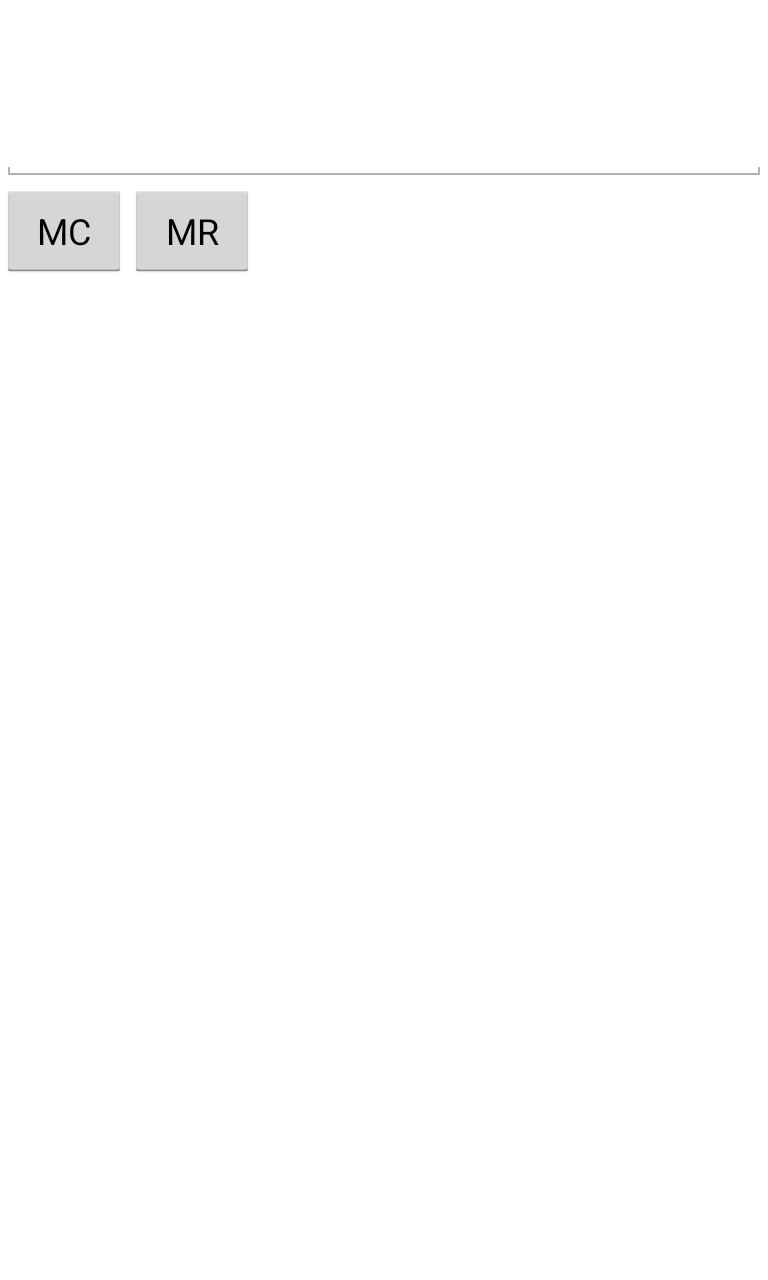
Repository: sonyi/androidClass
Layout: androidClass/day02/Calculate/res/layout/activity_main.xml
An editor plug-in stored every save of this project. The layout is shown before and after the next save, followed by the edit.
It is drawn on a 768 x 1280 px phone screen (xhdpi) without system bars, with theme AppTheme; the app's code is not run.

Above is the layout before, as saved 2014-05-28 05:14:41.

### androidClass/day02/Calculate/res/layout/activity_main.xml
<?xml version="1.0" encoding="utf-8"?>
<RelativeLayout xmlns:android="http://schemas.android.com/apk/res/android"
    android:layout_width="match_parent"
    android:layout_height="match_parent" >

    <EditText
        android:id="@+id/et_show"
        android:layout_width="match_parent"
        android:layout_height="wrap_content"
        android:layout_marginTop="10dp"
        android:lines="3" />

    <Button
        android:id="@+id/id_mc"
        android:layout_width="wrap_content"
        android:layout_height="wrap_content"
        android:layout_alignParentLeft="true"
        android:layout_below="@id/et_show"
        android:text="MC" />

    <Button
        android:id="@+id/id_mr"
        android:layout_width="wrap_content"
        android:layout_height="wrap_content"
        android:layout_alignTop="@id/id_mc"
        android:layout_toRightOf="@id/id_mc"
        android:text="MR" />

</RelativeLayout>

Loaded but not shown: androidClass/day02/Calculate/res/values/styles.xml (common file); androidClass/day02/Calculate/res/values-v11/styles.xml (common file); androidClass/day02/Calculate/res/values-v14/styles.xml (common file)

After the next save:
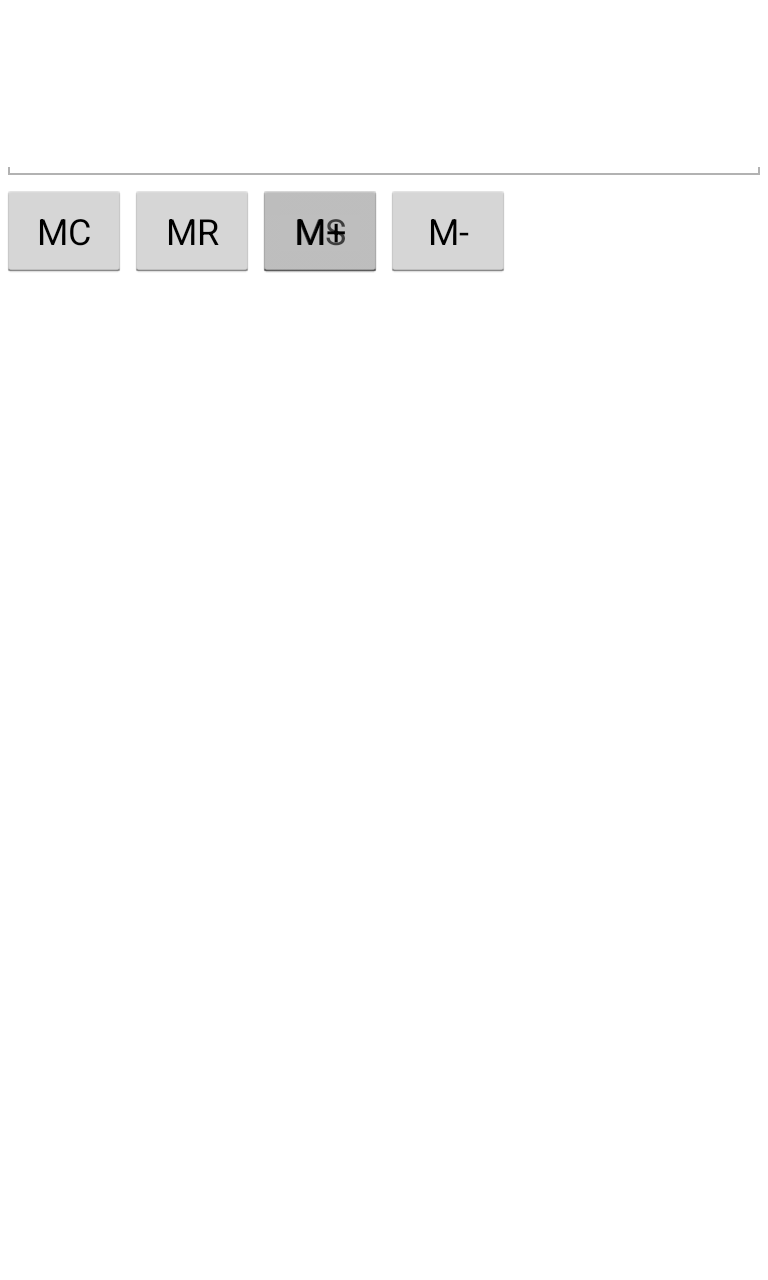
Saved 86 s later.
--- a/androidClass/day02/Calculate/res/layout/activity_main.xml
+++ b/androidClass/day02/Calculate/res/layout/activity_main.xml
@@ -26,4 +26,28 @@
         android:layout_toRightOf="@id/id_mc"
         android:text="MR" />
 
+    <Button
+        android:id="@+id/id_ms"
+        android:layout_width="wrap_content"
+        android:layout_height="wrap_content"
+        android:layout_alignTop="@id/id_mr"
+        android:layout_toRightOf="@id/id_mr"
+        android:text="MS" />
+
+    <Button
+        android:id="@+id/id_m1"
+        android:layout_width="wrap_content"
+        android:layout_height="wrap_content"
+        android:layout_alignTop="@id/id_mr"
+        android:layout_toRightOf="@id/id_mr"
+        android:text="M+" />
+
+    <Button
+        android:id="@+id/id_m2"
+        android:layout_width="wrap_content"
+        android:layout_height="wrap_content"
+        android:layout_alignTop="@id/id_m1"
+        android:layout_toRightOf="@id/id_m1"
+        android:text="M-" />
+
 </RelativeLayout>
